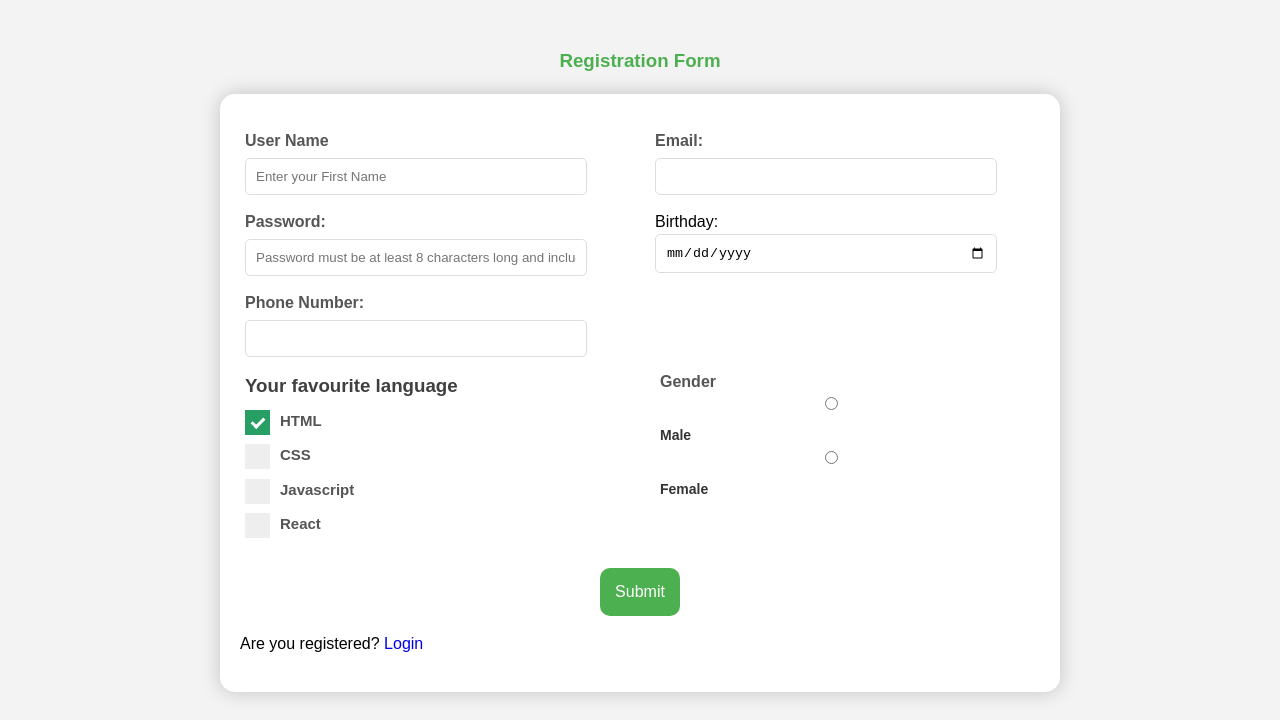
Repository: alizey12/Regestratin-Form-js
Page: regester.html
These files come from the project's save history. The page is drawn as it stood at one moment and after the next save; the edit follows.
The browser window is 1280 px wide. The pictures show the whole page.

Above is the page before, as saved 2024-11-29 19:54:21.

### regester.html
<!DOCTYPE html>
<html lang="en">
<head>
    <meta charset="UTF-8">
    <meta name="viewport" content="width=device-width, initial-scale=1.0">
    <link rel="stylesheet" href="regester.css">
    <title>Registration Form</title>
</head>
<body>
    <h3>Registration Form</h3>
    <div class="main">
        <form id="signupForm" action="">
            <div class="grid-container">
                <div>
                    <label for="username">User Name</label>
                    <input type="username" id="username" name="username" placeholder="Enter your First Name" required>


                    <label for="password">
                        Password:
                    </label>
                    <input type="password" id="password" name="password"   pattern="^(?=.*[A-Za-z])(?=.*\d)[A-Za-z\d]{8,}$"
                   placeholder="Password must be at least 8 characters long and include at least one letter and one number.">

                    <label for="quantity">Phone Number:</label>
                    <input type="number" id="quantity" name="quantity" min="1" max="15">

                    <h3 class="heading">Your favourite language</h3>
                    <label class="container">HTML
                        <input type="checkbox" checked="checked">
                        <span class="checkmark"></span>
                      </label>

                      <label class="container">CSS
                        <input type="checkbox">
                        <span class="checkmark"></span>
                      </label>

                      <label class="container">Javascript
                        <input type="checkbox">
                        <span class="checkmark"></span>
                      </label>

                      <label class="container">React
                        <input type="checkbox">
                        <span class="checkmark"></span>
                      </label>


                </div>
                <div>

                    <label for="first">
                        Email:
                    </label>
                    <input type="email" id="email" name="email"  pattern="^[a-zA-Z0-9._%+-]+@[a-zA-Z0-9.-]+\.[a-zA-Z]{2,}$"



                    <label for="birthday" id="date">Birthday:</label>
                    <br>
                    <input type="date" id="birthday" name="birthday">
                    <div class="gen-rad">
                        <p>Gender</p>
                        <input type="radio" id="male" name="gender" value="male">
                        <label for="male">Male</label>
                        <input type="radio" id="female" name="gender" value="female">
                        <label for="female">Female</label>
                    </div>


                </div>
            </div>
            <div class="wrap">
                <button type="submit">Submit</button>
            </div>
        </form>
        <p>Are you registered?
            <a href="signin.html" style="text-decoration: none;">Login</a>
        </p>
    </div>
    <script src="Regester.js"></script>
</body>
</html>

### regester.css
 body {
    display: flex;
    align-items: center;
    justify-content: center;
    font-family: sans-serif;
    line-height: 1.5;
    min-height: 100vh;
    background: #f3f3f3;
    flex-direction: column;
    margin: 0;
}

.main {
    background-color: #fff;
    border-radius: 15px;
    box-shadow: 0 0 20px rgba(0, 0, 0, 0.2);
    padding: 20px;
    transition: transform 0.2s;
    width: 800px;
}

h3 {
    color: #4CAF50;
    text-align: center;
}

label {
    display: block;
    margin-top: 10px;
    margin-bottom: 5px;
    text-align: left;
    color: #555;
    font-weight: bold;
}

input {
    display: block;
    width: 90%;
    margin-bottom: 15px;
    padding: 10px;
    box-sizing: border-box;
    border: 1px solid #ddd;
    border-radius: 5px;
}

button {
    padding: 15px;
    border-radius: 10px;
    margin-top: 15px;
    border: none;
    color: white;
    cursor: pointer;
    background-color: #4CAF50;
    font-size: 16px;
}

.wrap {
    display: flex;
    justify-content: center;
    align-items: center;
}

.grid-container {
    display: grid;

    grid-template-columns: 1fr 1fr;
    gap: 20px;
}

.grid-container div {
    padding: 5px;
}


.container {
    display: block;
    position: relative;
    padding-left: 35px;
    margin-bottom: 12px;
    cursor: pointer;
    font-size: 15px;
    -webkit-user-select: none;
    -moz-user-select: none;
    -ms-user-select: none;
    user-select: none;
  }
  .gen-rad{
    margin-top: 20%;
  }
  .container input {
    position: absolute;
    opacity: 0;
    cursor: pointer;
    height: 0;
    width: 0;
  }
  .heading{
    color: rgb(65, 63, 63);
    display: contents;
  padding: 5px;
  }
  .checkmark {
    position: absolute;
    top: 0;
    left: 0;
    height: 25px;
    width: 25px;
    background-color: #eee;
  }

  .container:hover input ~ .checkmark {
    background-color: #ccc;
  }

  .container input:checked ~ .checkmark {
    background-color: #279e63;
  }

  .checkmark:after {
    content: "";
    position: absolute;
    display: none;
  }

  .container input:checked ~ .checkmark:after {
    display: block;
  }


  .container .checkmark:after {
    left: 9px;
    top: 5px;
    width: 5px;
    height: 10px;
    border: solid white;
    border-width: 0 3px 3px 0;
    -webkit-transform: rotate(45deg);
    -ms-transform: rotate(45deg);
    transform: rotate(45deg);
  }


.gen-rad p {
    margin-bottom: 1px;
    font-weight: bold;
    color: #555;
}


.gen-rad label {

    font-size: 14px;
    color: #333;
}

/*
body {
    font-family: Arial, sans-serif;
    background-color: #f4f4f4;
    display: flex;
    justify-content: center;
    align-items: center;
    height: 100vh;
    margin: 0;
}

.container {
    background-color: #fff;
    padding: 20px;
    border-radius: 5px;
    box-shadow: 0 0 10px rgba(0, 0, 0, 0.1);
}

h1 {
    margin-bottom: 20px;
}

label {
    display: block;
    margin-bottom: 5px;
}

input {
    width: 100%;
    padding: 10px;
    margin-bottom: 10px;
    border: 1px solid #ccc;
    border-radius: 5px;
}

button {
    width: 100%;
    padding: 10px;
    background-color: #28a745;
    color: #fff;
    border: none;
    border-radius: 5px;
    cursor: pointer;
}

button:hover {
    background-color: #218838;
} */

### Regester.js
document.getElementById('signupForm').addEventListener('submit', function(event) {
    event.preventDefault();
    const username = document.getElementById('username').value;
    const email = document.getElementById('email').value;
    const  password = document.getElementById('password').value;
    const  Quantity= document.getElementById('quantity').value;
    const date= document.getElementById('date').value;

    console.log('Username:', username);
    console.log('Email:', email);
    console.log('Password:', password);
    console.log('quantity:',Quantity );
    console.log('date:',date );
    alert('Signup successful!');
});

After the next save:
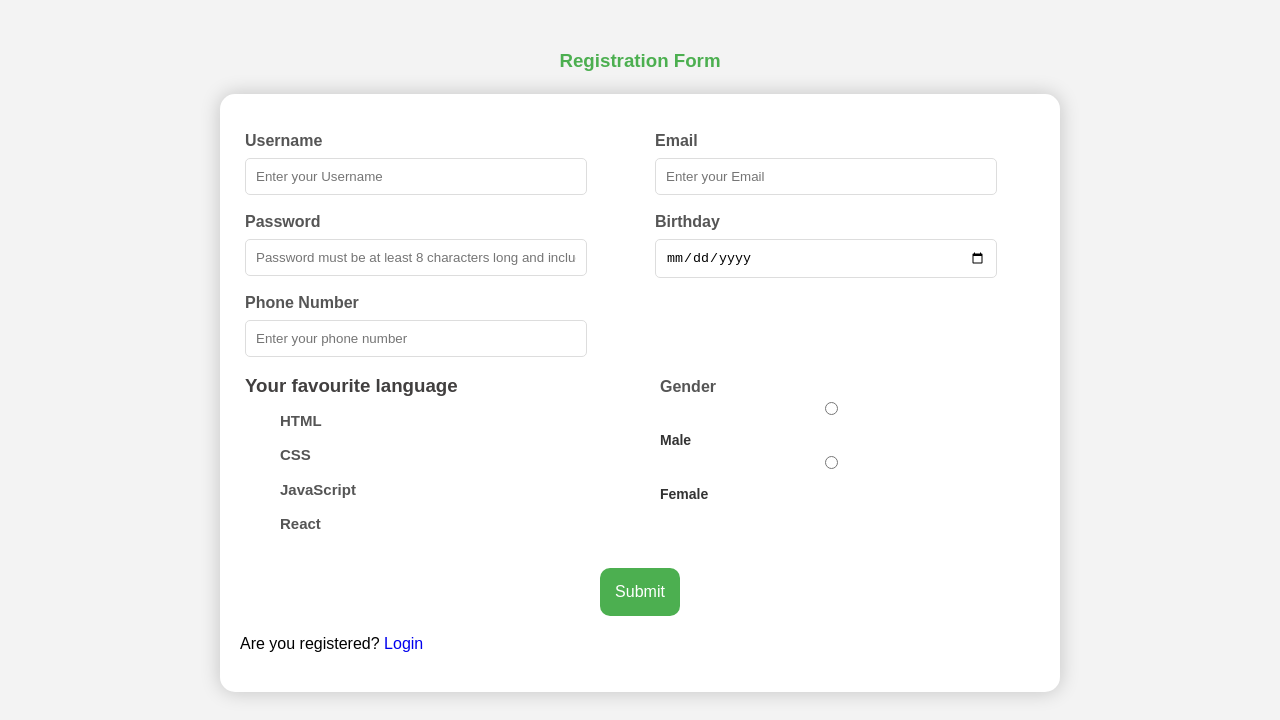
Saved 83 s later.
--- a/regester.html
+++ b/regester.html
@@ -12,63 +12,53 @@
         <form id="signupForm" action="">
             <div class="grid-container">
                 <div>
-                    <label for="username">User Name</label>
-                    <input type="username" id="username" name="username" placeholder="Enter your First Name" required>
+                    <label for="username">Username</label>
+                    <input type="text" id="username" name="username"
+                           placeholder="Enter your Username"
+                           required pattern="^[a-zA-Z0-9_]{3,15}$"
+                           title="Username must be 3-15 characters long and can only contain letters, numbers, and underscores.">
 
+                    <label for="password">Password</label>
+                    <input type="password" id="password" name="password"
+                           placeholder="Password must be at least 8 characters long and include at least one letter and one number."
+                           required pattern="^(?=.*[A-Za-z])(?=.*\d)[A-Za-z\d]{8,}$">
 
-                    <label for="password">
-                        Password:
-                    </label>
-                    <input type="password" id="password" name="password"   pattern="^(?=.*[A-Za-z])(?=.*\d)[A-Za-z\d]{8,}$"
-                   placeholder="Password must be at least 8 characters long and include at least one letter and one number.">
-
-                    <label for="quantity">Phone Number:</label>
-                    <input type="number" id="quantity" name="quantity" min="1" max="15">
+                    <label for="quantity">Phone Number</label>
+                    <input type="number" id="quantity" name="quantity"
+                           placeholder="Enter your phone number"
+                           min="1000000000" max="9999999999"
+                           required title="Enter a valid 10-digit phone number.">
 
                     <h3 class="heading">Your favourite language</h3>
                     <label class="container">HTML
-                        <input type="checkbox" checked="checked">
-                        <span class="checkmark"></span>
-                      </label>
-
-                      <label class="container">CSS
-                        <input type="checkbox">
-                        <span class="checkmark"></span>
-                      </label>
-
-                      <label class="container">Javascript
-                        <input type="checkbox">
-                        <span class="checkmark"></span>
-                      </label>
-
-                      <label class="container">React
-                        <input type="checkbox">
-                        <span class="checkmark"></span>
-                      </label>
-
-
+                        <input type="checkbox" name="language" value="HTML">
+                    </label>
+                    <label class="container">CSS
+                        <input type="checkbox" name="language" value="CSS">
+                    </label>
+                    <label class="container">JavaScript
+                        <input type="checkbox" name="language" value="JavaScript">
+                    </label>
+                    <label class="container">React
+                        <input type="checkbox" name="language" value="React">
+                    </label>
                 </div>
                 <div>
+                    <label for="email">Email</label>
+                    <input type="email" id="email" name="email"
+                           placeholder="Enter your Email"
+                           required pattern="^[a-zA-Z0-9._%+-]+@[a-zA-Z0-9.-]+\.[a-zA-Z]{2,}$">
 
-                    <label for="first">
-                        Email:
-                    </label>
-                    <input type="email" id="email" name="email"  pattern="^[a-zA-Z0-9._%+-]+@[a-zA-Z0-9.-]+\.[a-zA-Z]{2,}$"
+                    <label for="birthday">Birthday</label>
+                    <input type="date" id="birthday" name="birthday" required>
 
-
-
-                    <label for="birthday" id="date">Birthday:</label>
-                    <br>
-                    <input type="date" id="birthday" name="birthday">
                     <div class="gen-rad">
                         <p>Gender</p>
-                        <input type="radio" id="male" name="gender" value="male">
+                        <input type="radio" id="male" name="gender" value="male" required>
                         <label for="male">Male</label>
-                        <input type="radio" id="female" name="gender" value="female">
+                        <input type="radio" id="female" name="gender" value="female" required>
                         <label for="female">Female</label>
                     </div>
-
-
                 </div>
             </div>
             <div class="wrap">
